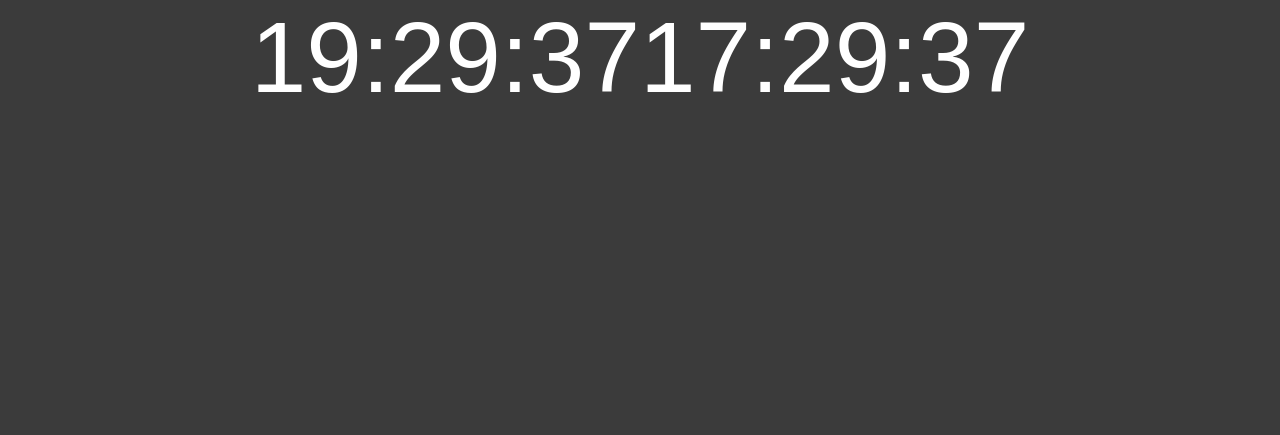
Repository: ThibautCptr/flip_clock
Page: index.html
The author's editor kept a copy of each file at every save. The page is drawn from the files as they stood at one save, then again after the next save.
The browser window is 1280 px wide. The pictures show the whole page.

Above is the page before, as saved 2024-09-18 17:49:01.

After the next save:
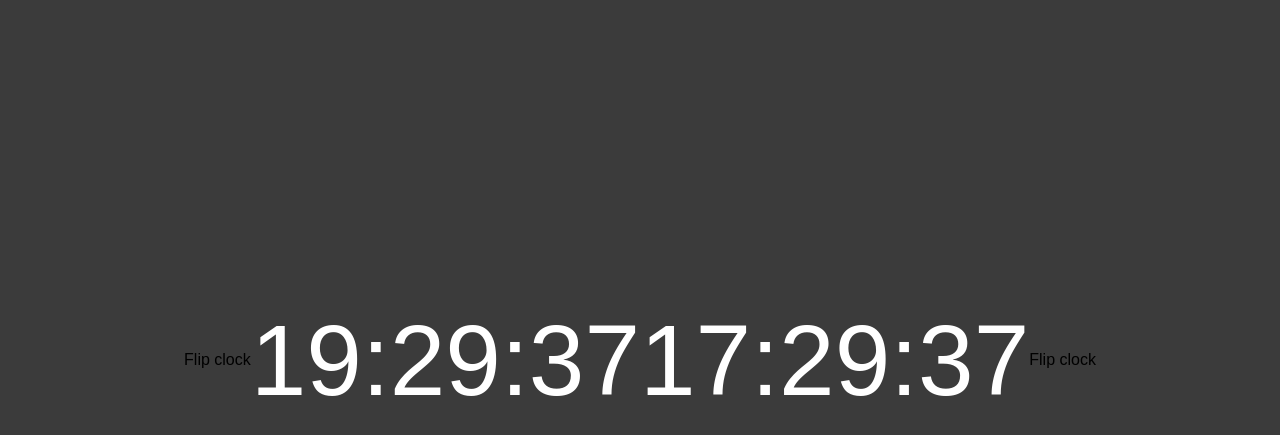
Saved 8 s later.
--- a/css/style.css
+++ b/css/style.css
@@ -1,4 +1,4 @@
-body {
+* {
     background-color: #3b3b3b;
     font-family: Arial, sans-serif;
     margin: 0;
